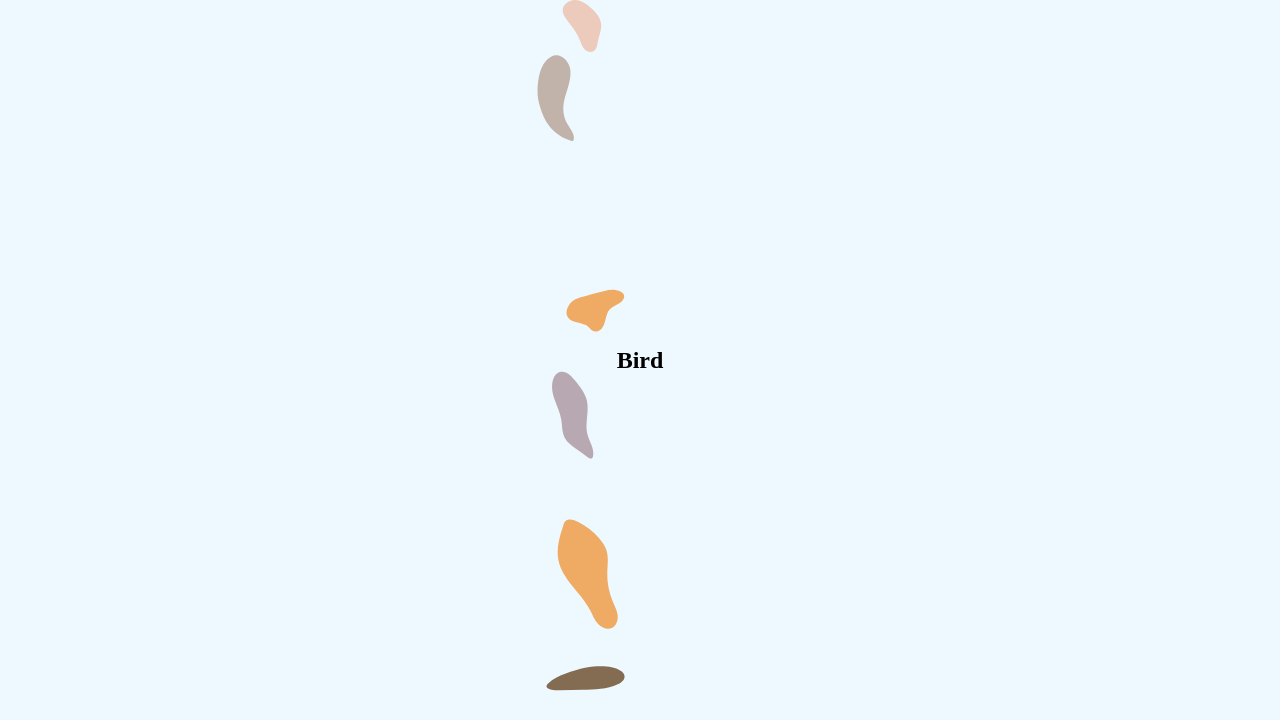
Repository: sebastiann88/svg-animals
Page: index.html
An editor plug-in stored every save of this project. The page is shown before and after a run of saves, followed by the edit.
The browser window is 1280 px wide. The pictures show the window.
A layer covers the whole window, so only the first screen is drawn.

Above is the page before, as saved 2024-09-05 03:44:10.

After the next 2 saves:
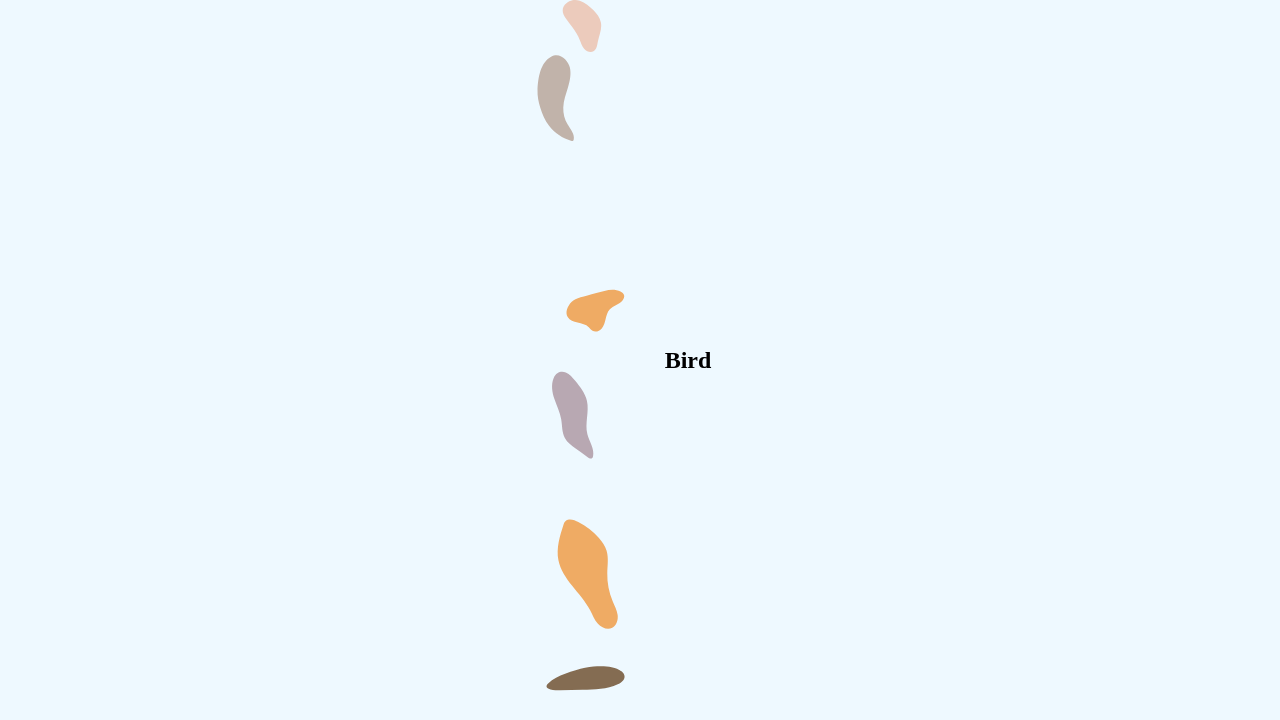
The 2 saves are shown as one change because they came seconds apart.
The last was saved 79 s later.
--- a/css/style.css
+++ b/css/style.css
@@ -56,4 +56,5 @@ section {
 	justify-content: center;
 	height: 100vh;
 	width: 100%;
+	padding-left: 3em;
 }
